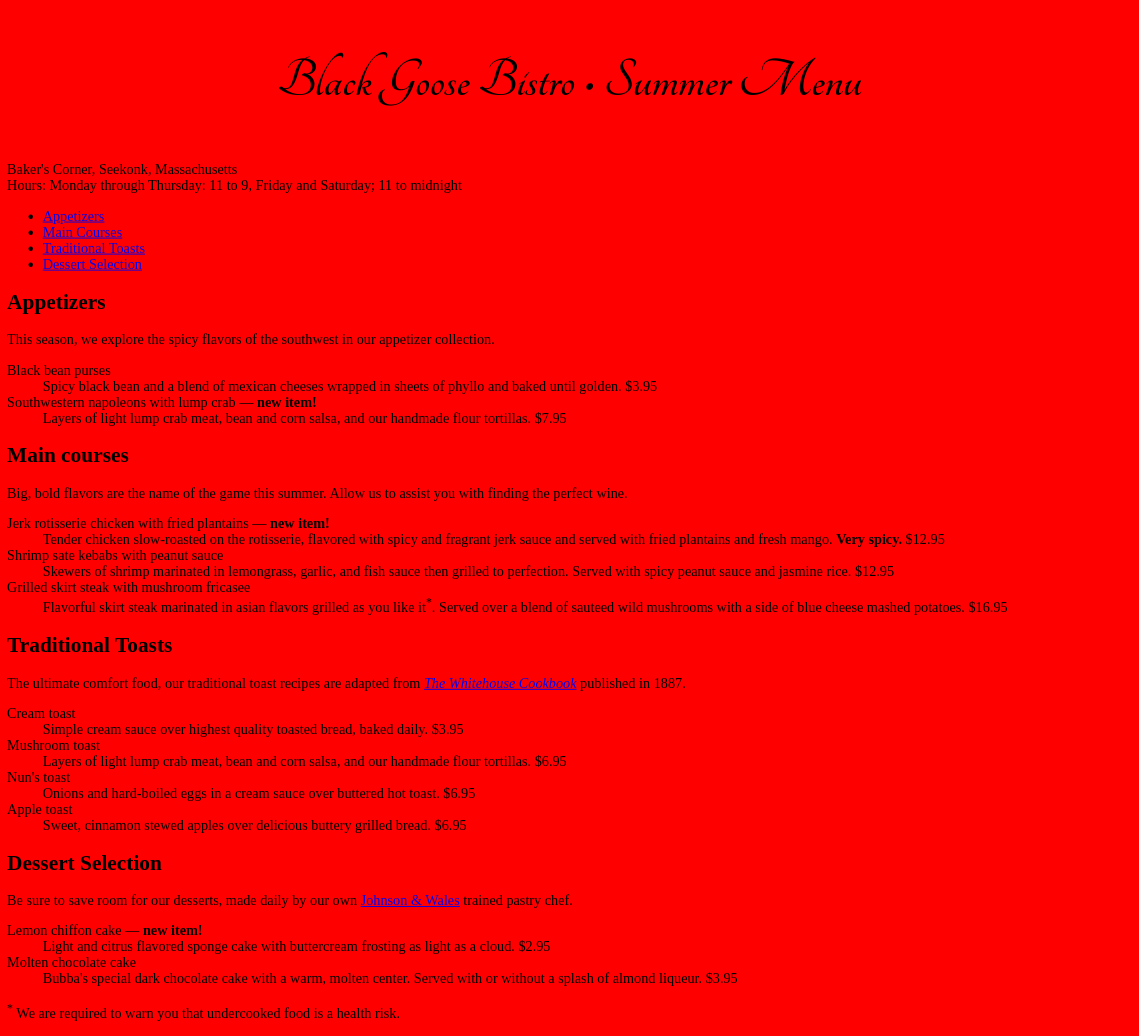
Repository: Colo-Codes/code-practice
Page: 02-css-practice-4.html
An editor plug-in stored every save of this project. The page is shown before and after the next save, followed by the edit.
The browser window is 1280 px wide. The pictures show the whole page, at 89% of full size.
Some web fonts or font styles are not loaded; a fallback is used.

Above is the page before, as saved 2021-05-07 09:11:19.

### 02-css-practice-4.html
<!DOCTYPE html>
<html>

<head>
    <meta charset="utf-8">
    <title>Black Goose Bistro Summer Menu</title>
    <link href='http://fonts.googleapis.com/css?family=Marko+One' rel='stylesheet' type='text/css'>
    <style>
        @font-face {
            font-family: Tangerine;
            src: url(./assets/fonts/Tangerine/Tangerine-Regular.ttf);
        }
        @font-face {
            font-family: Tangerine;
            src: url(./assets/fonts/Tangerine/Tangerine-Bold.ttf);
            font-weight: bold;
        }
        body {
            background-color: red;
            /* linear-gradient(to bottom right, blue, pink); */
        }
        header > h1 {
            /* Sexy Vulcan With Smooth Happy Feet: Style Variant Weight Size lHeight Family */
            font: bold 4em/1.5 Tangerine, "Times New Roman", serif;
            text-align: center;
        }
    </style>
</head>

<body>

    <header>
        <h1>Black Goose Bistro &bull; Summer Menu</h1>

        <div id="info">
            <p>Baker's Corner, Seekonk, Massachusetts<br>
                <span class="label">Hours: Monday through Thursday:</span> 11 to 9, <span class="label">Friday and
                    Saturday;</span> 11 to midnight
            </p>
            <ul>
                <li><a href="#appetizers">Appetizers</a></li>
                <li><a href="#entrees">Main Courses</a></li>
                <li><a href="#toast">Traditional Toasts</a></li>
                <li><a href="#dessert">Dessert Selection</a></li>
            </ul>
        </div>
    </header>

    <section id="appetizers">
        <h2>Appetizers</h2>
        <p>This season, we explore the spicy flavors of the southwest in our appetizer collection.</p>

        <dl>
            <dt>Black bean purses</dt>
            <dd>Spicy black bean and a blend of mexican cheeses wrapped in sheets of phyllo and baked until golden.
                <span class="price">$3.95</span></dd>

            <dt class="newitem">Southwestern napoleons with lump crab &mdash; <strong>new item!</strong></dt>
            <dd>Layers of light lump crab meat, bean and corn salsa, and our handmade flour tortillas. <span
                    class="price">$7.95</span></dd>
        </dl>
    </section>

    <section id="entrees">

        <h2>Main courses</h2>
        <p>Big, bold flavors are the name of the game this summer. Allow us to assist you with finding the perfect wine.
        </p>


        <dl>

            <dt class="newitem">Jerk rotisserie chicken with fried plantains &mdash; <strong>new item!</strong></dt>
            <dd>Tender chicken slow-roasted on the rotisserie, flavored with spicy and fragrant jerk sauce and served
                with fried plantains and fresh mango. <strong>Very spicy.</strong> <span class="price">$12.95</span>
            </dd>

            <dt>Shrimp sate kebabs with peanut sauce</dt>
            <dd>Skewers of shrimp marinated in lemongrass, garlic, and fish sauce then grilled to perfection. Served
                with spicy peanut sauce and jasmine rice. <span class="price">$12.95</span></dd>

            <dt>Grilled skirt steak with mushroom fricasee</dt>
            <dd>Flavorful skirt steak marinated in asian flavors grilled as you like it<sup>*</sup>. Served over a blend
                of sauteed wild mushrooms with a side of blue cheese mashed potatoes. <span class="price">$16.95</span>
            </dd>
        </dl>

    </section>

    <section id="toast">
        <h2>Traditional Toasts</h2>
        <p>The ultimate comfort food, our traditional toast recipes are adapted from <a
                href="http://www.gutenberg.org/files/13923/13923-h/13923-h.htm"><cite>The Whitehouse Cookbook</cite></a>
            published in 1887.</p>

        <dl>
            <dt>Cream toast</dt>
            <dd>Simple cream sauce over highest quality toasted bread, baked daily. <span class="price">$3.95</span>
            </dd>

            <dt>Mushroom toast</dt>
            <dd>Layers of light lump crab meat, bean and corn salsa, and our handmade flour tortillas. <span
                    class="price">$6.95</span></dd>

            <dt>Nun's toast</dt>
            <dd>Onions and hard-boiled eggs in a cream sauce over buttered hot toast. <span class="price">$6.95</span>
            </dd>

            <dt>Apple toast</dt>
            <dd>Sweet, cinnamon stewed apples over delicious buttery grilled bread. <span class="price">$6.95</span>
            </dd>
        </dl>
    </section>

    <section id="dessert">
        <h2>Dessert Selection</h2>
        <p>Be sure to save room for our desserts, made daily by our own <a
                href="http://www.jwu.edu/college.aspx?id=19510">Johnson & Wales</a> trained pastry chef.</p>

        <dl>
            <dt class="newitem">Lemon chiffon cake &mdash; <strong>new item!</strong></dt>
            <dd>Light and citrus flavored sponge cake with buttercream frosting as light as a cloud. <span
                    class="price">$2.95</span></dd>

            <dt class="newitem">Molten chocolate cake</dt>
            <dd>Bubba's special dark chocolate cake with a warm, molten center. Served with or without a splash of
                almond liqueur. <span class="price">$3.95</span></dd>
        </dl>
    </section>

    <footer>
        <p class="warning"><sup>*</sup> We are required to warn you that undercooked food is a health risk.</p>
    </footer>

</body>

</html>

After the next save:
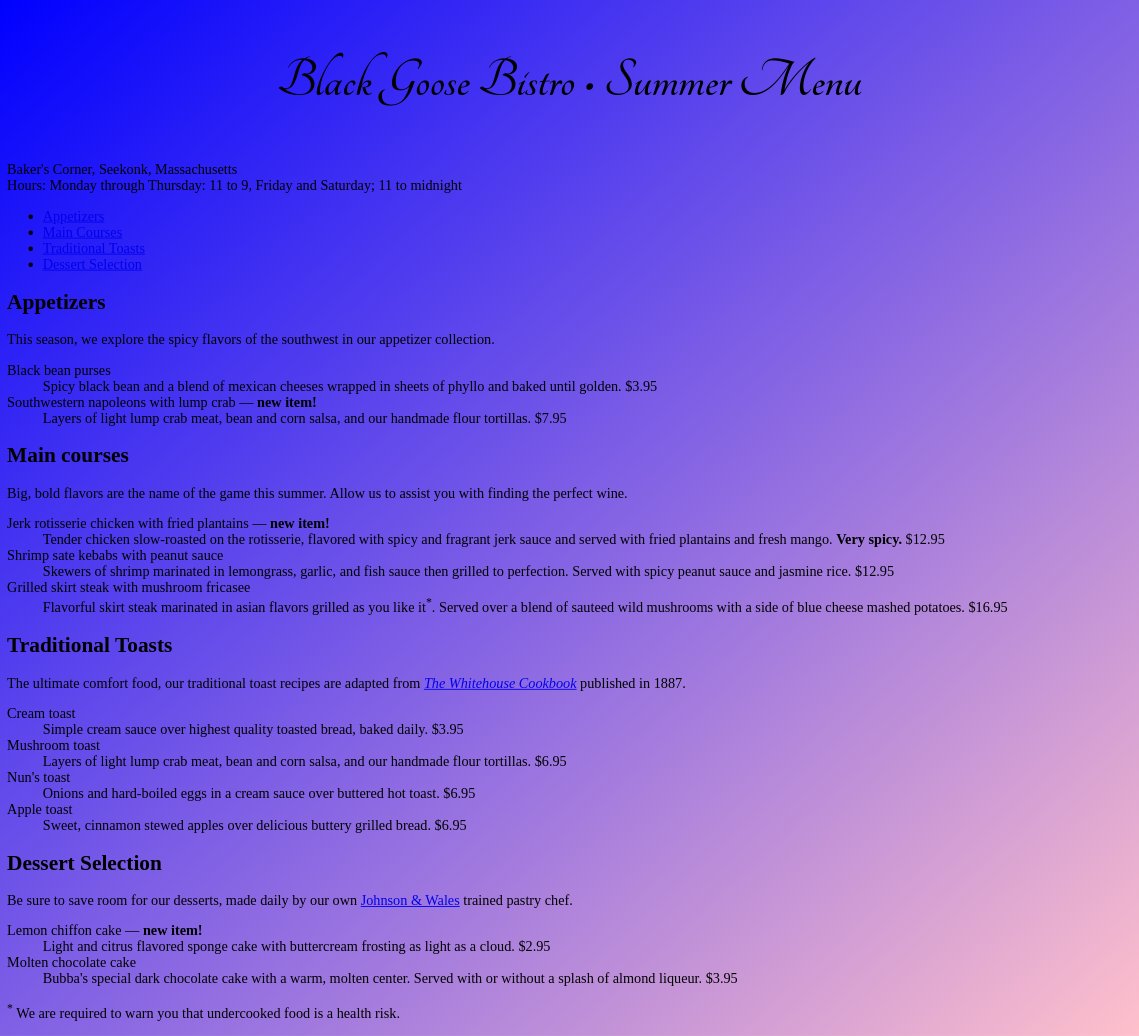
Saved 22 s later.
--- a/02-css-practice-4.html
+++ b/02-css-practice-4.html
@@ -16,8 +16,7 @@
             font-weight: bold;
         }
         body {
-            background-color: red;
-            /* linear-gradient(to bottom right, blue, pink); */
+            background: linear-gradient(to bottom right, blue, pink);
         }
         header > h1 {
             /* Sexy Vulcan With Smooth Happy Feet: Style Variant Weight Size lHeight Family */
